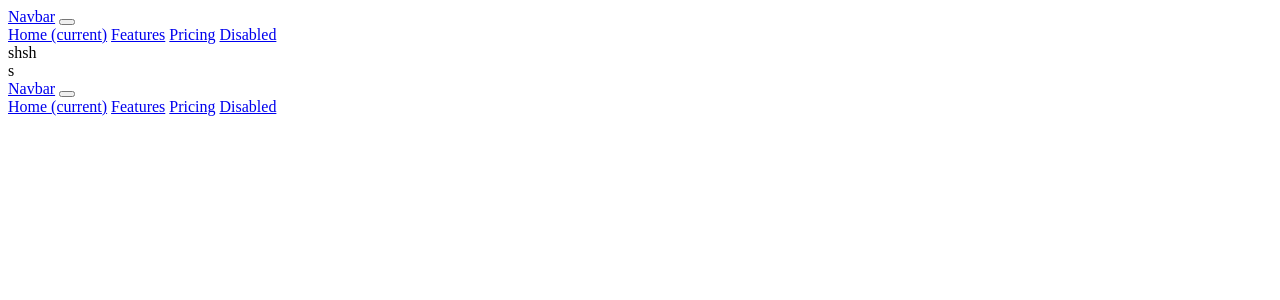
Repository: syawal2kalii/parsinta_clone_model
Page: http://localhost/home
The author's editor kept a copy of each file at every save. The page is drawn from the files as they stood at one save, then again after the next save.
The browser window is 1280 px wide. The pictures show the whole page.
The page is served by the project's Laravel application, run on PHP 8.4 with Laravel 8. Other server files are loaded and not shown.

Above is the page before, as saved 2019-12-26 14:45:40.

### routes/web.php
<?php

/*
|--------------------------------------------------------------------------
| Web Routes
|--------------------------------------------------------------------------
|
| Here is where you can register web routes for your application. These
| routes are loaded by the RouteServiceProvider within a group which
| contains the "web" middleware group. Now create something great!
|
*/

Route::get('/', function () {
    return view('welcome');
});

Route::get('/home', function () {
    return view('home');
});

### resources/views/home.blade.php
@extends('layout.master')
@section('content')
shsh <br> s
@include('layout.navigation')

@endsection

### resources/views/layout/navigation.blade.php
<nav class="navbar navbar-expand-lg navbar-light bg-light">
        <a class="navbar-brand" href="#">Navbar</a>
        <button class="navbar-toggler" type="button" data-toggle="collapse" data-target="#navbarNavAltMarkup" aria-controls="navbarNavAltMarkup" aria-expanded="false" aria-label="Toggle navigation">
          <span class="navbar-toggler-icon"></span>
        </button>
        <div class="collapse navbar-collapse" id="navbarNavAltMarkup">
          <div class="navbar-nav">
            <a class="nav-item nav-link active" href="#">Home <span class="sr-only">(current)</span></a>
            <a class="nav-item nav-link" href="#">Features</a>
            <a class="nav-item nav-link" href="#">Pricing</a>
            <a class="nav-item nav-link disabled" href="#" tabindex="-1" aria-disabled="true">Disabled</a>
          </div>
        </div>
</nav>

### resources/views/layout/master.blade.php
<!DOCTYPE html>
<html lang="en">
<head>
    <meta charset="UTF-8">
    <meta name="viewport" content="width=device-width, initial-scale=1.0">
    <meta http-equiv="X-UA-Compatible" content="ie=edge">
    <title>Document</title>
</head>
<body>
   @include('layout.navigation')
   @yield('content')

</body>
</html>

After the next save:
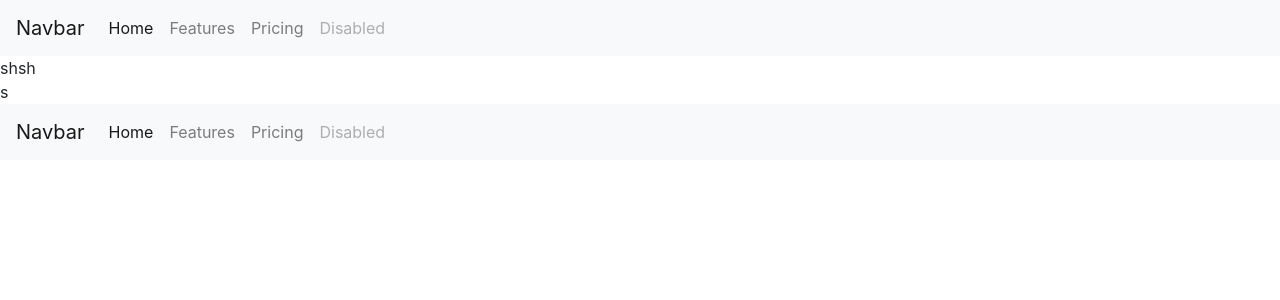
Saved 25 s later.
--- a/resources/views/layout/master.blade.php
+++ b/resources/views/layout/master.blade.php
@@ -4,6 +4,7 @@
     <meta charset="UTF-8">
     <meta name="viewport" content="width=device-width, initial-scale=1.0">
     <meta http-equiv="X-UA-Compatible" content="ie=edge">
+    <link rel="stylesheet" href="https://stackpath.bootstrapcdn.com/bootstrap/4.4.1/css/bootstrap.min.css" integrity="sha384-Vkoo8x4CGsO3+Hhxv8T/Q5PaXtkKtu6ug5TOeNV6gBiFeWPGFN9MuhOf23Q9Ifjh" crossorigin="anonymous">
     <title>Document</title>
 </head>
 <body>
